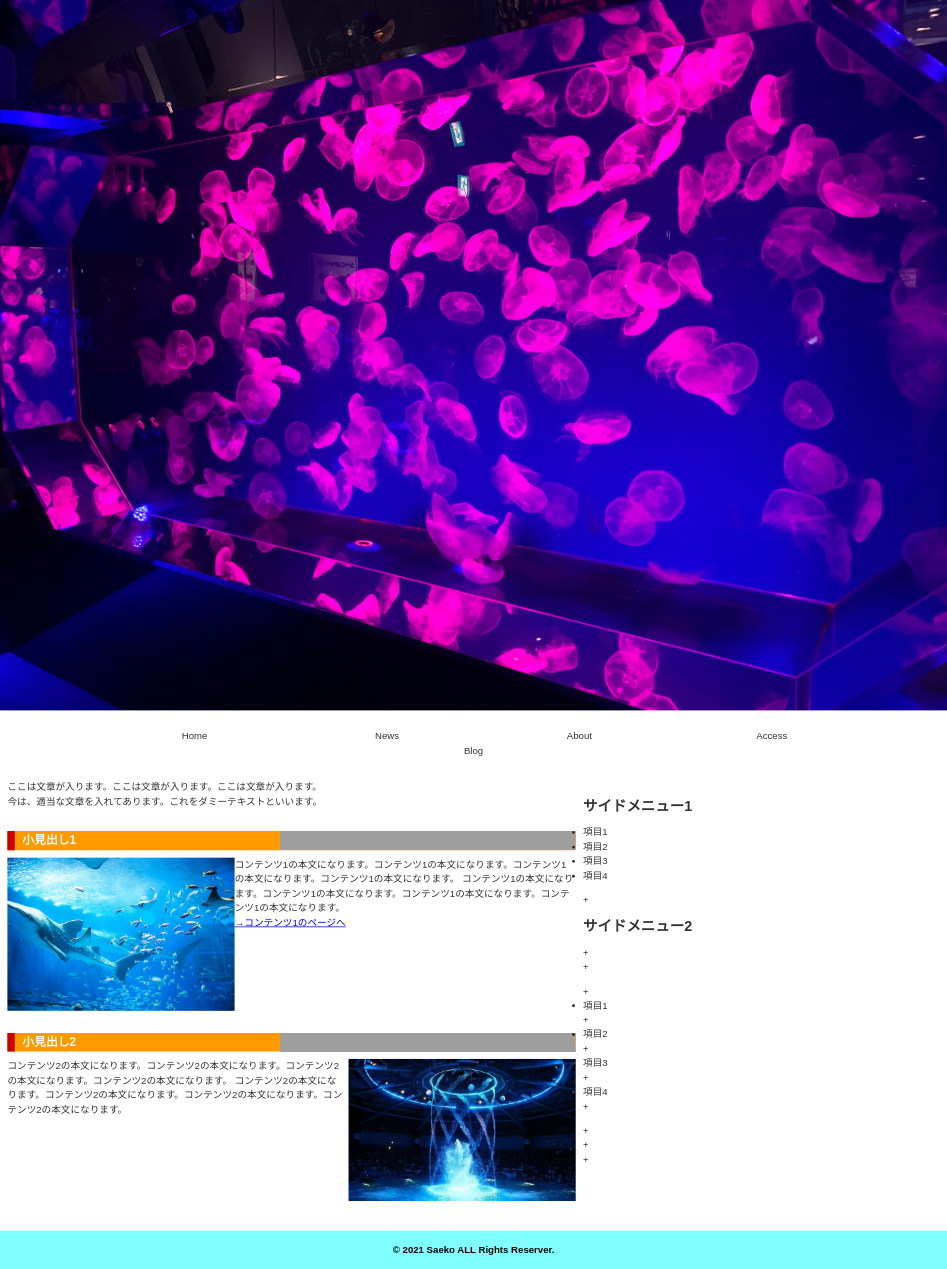
Repository: mizoguhi/mizoguhi
Page: test/saeko.html
The author's editor kept a record of every edit. The page is drawn from the files as they stood at one moment, then again after the next edit.
The browser window is 1280 px wide. The pictures show the whole page, at 74% of full size.
Pictures or frames that could not be fetched are drawn as grey boxes.

Above is the page before.

After the next edit:
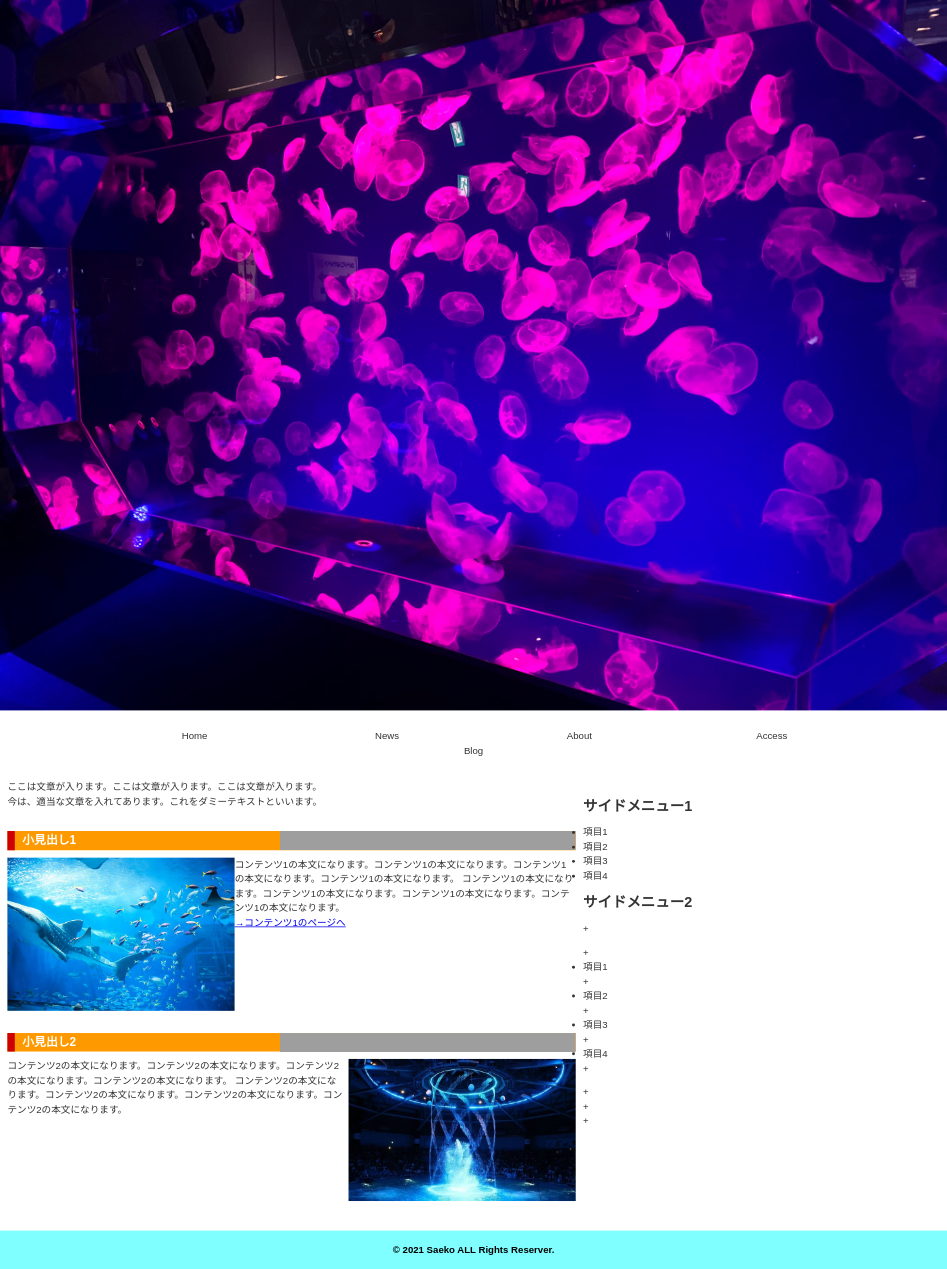
The edit:
--- a/test/saeko.html
+++ b/test/saeko.html
@@ -66,8 +66,8 @@
                         </div>
                     </div>
                     <div class="box">
-+                        <h2>サイドメニュー2</h2>
-+                        <div class="boxBody">
+                        <h2>サイドメニュー2</h2>
+                        <div class="boxBody">
 +                            <ul>
 +                                <li>項目1</li>
 +                                <li>項目2</li>
